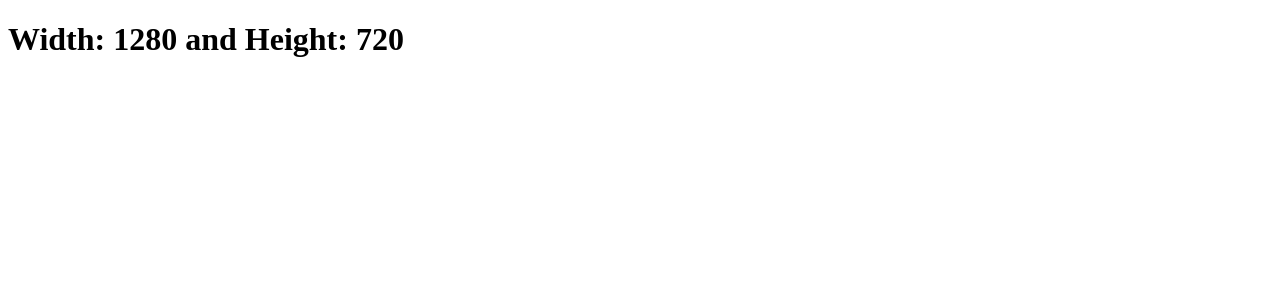
Repository: HoangDuy315/web-dev2022
Page: hw151022/ex2/ex2.6/index.html
The author's editor kept a copy of each file at every save. The page is drawn from the files as they stood at one save, then again after the next save.
The browser window is 1280 px wide. The pictures show the whole page.

Above is the page before, as saved 2022-10-15 15:33:26.

After the next save:
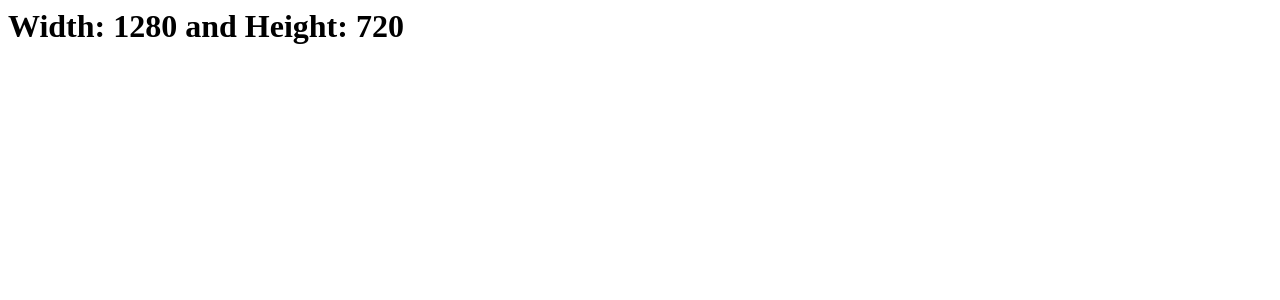
Saved 30 s later.
--- a/hw151022/ex2/ex2.6/index.html
+++ b/hw151022/ex2/ex2.6/index.html
@@ -1,15 +1,15 @@
-<!DOCTYPE html>
-<html>
+<html lang="en">
 <head>
-<meta charset=utf-8 />
-<title>Window Size : height and width</title>
+    <meta charset="UTF-8">
+    <meta http-equiv="X-UA-Compatible" content="IE=edge">
+    <meta name="viewport" content="width=device-width, initial-scale=1.0">
+    <link rel="stylesheet" href="./style.css">
+    <title>Document</title>
 </head>
-<!-- Resize the window (here output panel) and see the result !-->
 <body onload="getSize()" onresize="getSize()">
-<div id="wh">
-<!-- Place height and width size here! -->
-</div>
-<script src="./index.js"></script>
-<body>
-</body>
+    <div id="wh">
+    <!-- Place height and width size here! -->
+    </div>
+    <script src="./index.js"></script>
+    <body>
 </html>
